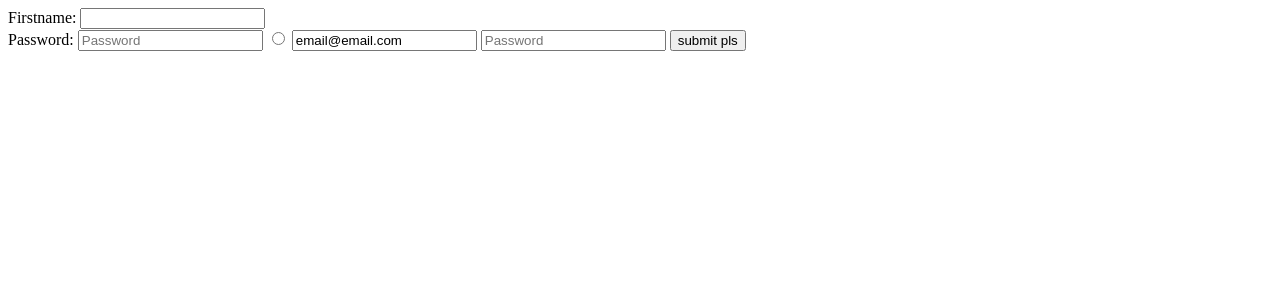
Repository: Tranghii/HTML-CSS
Page: HTML&CSS/form.html
An editor plug-in stored every save of this project. The page is shown before and after the next save, followed by the edit.
The browser window is 1280 px wide. The pictures show the whole page.

Above is the page before, as saved 2025-10-11 17:04:44.

After the next save:
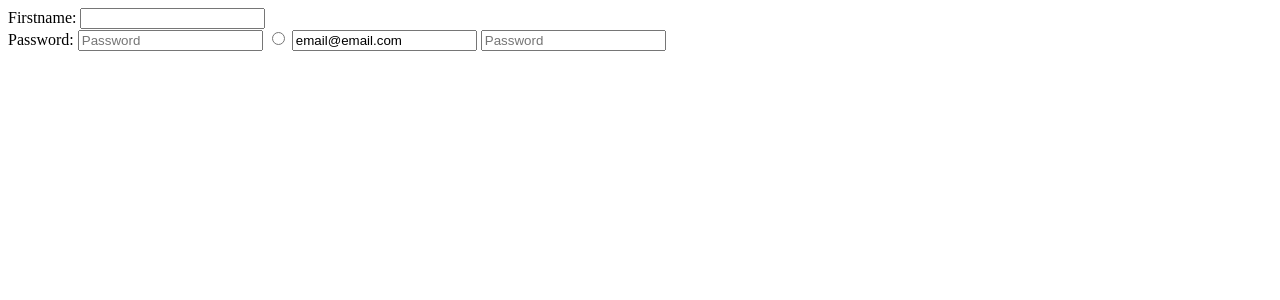
Saved 12 s later.
--- a/HTML&CSS/form.html
+++ b/HTML&CSS/form.html
@@ -16,7 +16,7 @@
 
         <input type="email" name="email" id="email" value="email@email.com" placeholder="email">
         <input type="Password" name="pass" id="pass" placeholder="Password">
-   <input type="submit" value="submit pls" >
+   <inp type="submit" value="submit pls" ></inp>
 
 
     </form>
